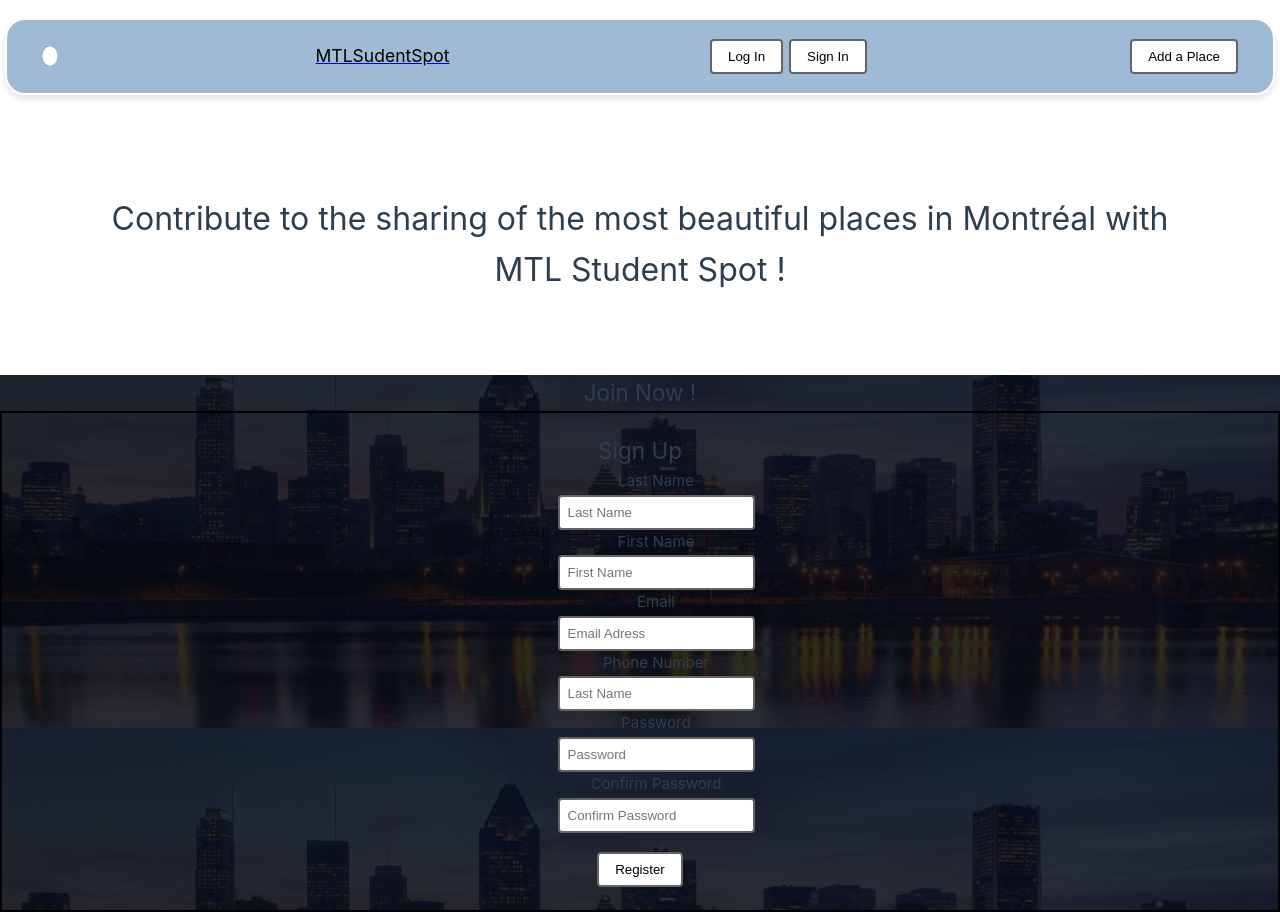
Repository: KevMn6ix/MOD8-2232-GRA-Damois-Leroi--Morant-Munto
Page: /register (app in client/)
The author's editor kept a copy of each file at every save. The page is drawn from the files as they stood at one save, then again after the next save.
The browser window is 1280 px wide. The pictures show the whole page.
The project was rebuilt for these pictures with package versions that can differ from the ones it lists, and the page was loaded fresh each time. Also part of the build but not shown: client/vite.config.js, client/src/components/HelloWorld.vue, client/src/components/Login.vue, client/src/views/LoginPage.vue, client/src/components/RowLandingPage.vue, client/src/components/PlaceItem.vue, client/server/services/places-service.js, client/src/components/PlaceList.vue and 1 more.

Above is the page before, as saved 2023-10-18 16:09:41.

### client/index.html
<!DOCTYPE html>
<html lang="en">
  <head>
    <meta charset="UTF-8">
    <link rel="icon" href="/favicon.ico">
    <link href="https://cdnjs.cloudflare.com/ajax/libs/font-awesome/5.15.3/css/all.min.css" rel="stylesheet">

    <meta name="viewport" content="width=device-width, initial-scale=1.0">
    <title>Vite App</title>
  </head>
  <body>
    <div id="app"></div>
    <script type="module" src="/src/main.js"></script>
  </body>
</html>

### client/src/assets/main.css
@import './base.css';
/*
#app {
  max-width: 1280px;
  margin: 0 auto;
  padding: 2rem;

  font-weight: normal;
}

a,
.green {
  text-decoration: none;
  color: hsla(160, 100%, 37%, 1);
  transition: 0.4s;
}

@media (hover: hover) {
  a:hover {
    background-color: hsla(160, 100%, 37%, 0.2);
  }
}

@media (min-width: 1024px) {
  body {
    display: flex;
    place-items: center;
  }

  #app {
    display: grid;
    grid-template-columns: 1fr 1fr;
    padding: 0 2rem;
  }
}
*/
@media (prefers-color-scheme: dark) {
  button {
    color:black;
  }
  input {
    color: white;
    background-color: black;
  }
}

### client/src/App.vue
<script setup>
import { RouterLink, RouterView } from 'vue-router'
import HelloWorld from './components/HelloWorld.vue'
</script>

<template >
  <RouterView />

</template>

<style scoped>
template {
  display: flex;
  flex-direction: column;
}

header {
  line-height: 1.5;
  max-height: 100vh;
}

.logo {
  display: block;
  margin: 0 auto 2rem;
}

nav {
  width: 100%;
  font-size: 12px;
  text-align: center;
  margin-top: 2rem;
}

nav a.router-link-exact-active {
  color: var(--color-text);
}

nav a.router-link-exact-active:hover {
  background-color: transparent;
}

nav a {
  display: inline-block;
  padding: 0 1rem;
  border-left: 1px solid var(--color-border);
}

nav a:first-of-type {
  border: 0;
}

@media (min-width: 1024px) {
  header {
    display: flex;
    place-items: center;
    padding-right: calc(var(--section-gap) / 2);
  }

  .logo {
    margin: 0 2rem 0 0;
  }

  header .wrapper {
    display: flex;
    place-items: flex-start;
    flex-wrap: wrap;
  }

  nav {
    text-align: left;
    margin-left: -1rem;
    font-size: 1rem;

    padding: 1rem 0;
    margin-top: 1rem;
  }
}
</style>

### client/src/router/index.js
import { createRouter, createWebHistory } from 'vue-router'
import HomeView from '../views/HomeView.vue'

const router = createRouter({
  history: createWebHistory(import.meta.env.BASE_URL),
  routes: [
    {
      path: '/',
      name: 'home',
      component: HomeView
    },
    {
      path: '/about',
      name: 'about',
      // route level code-splitting
      // this generates a separate chunk (About.[hash].js) for this route
      // which is lazy-loaded when the route is visited.
      component: () => import('../views/AboutView.vue')
    },
    {
      path: '/login',
      name: 'login',

      component: () => import('../views/LoginPage.vue')
    },
    {
      path: '/register',
      name:'register',

      component: () => import('../views/RegisterPage.vue')
    },
    {
      path: '/places/:types',
      name: 'PlacesList',

      component: () => import('../views/PlaceListView.vue')
    },
    {
      path: '/places/review/:id',
      name : 'review',

      component: () => import('../views/PlaceReview.vue')
    },
    {

      path: '/places/:types/:id',
      name: 'PlacePage',

      component: () => import('../views/PlacesPage.vue')

    },
    {
      path: '/places/add',
      name: 'AddPlace',

      component: () => import('../views/AddPageView.vue')
    }
  ]
})

export default router

### client/src/views/RegisterPage.vue
<script setup>
import Register from '../components/Register.vue'
</script>

<template>
    <Register />
</template>

<style>
</style>

### client/src/components/NavBar.vue
<script setup>
import { ref } from 'vue'
import LoginPage from '../views/LoginPage.vue'
import TheSubHeader from './TheSubHeader.vue';
const emit = defineEmits(['user-input'])
const UserInput = ref('')
function sendUserInput() {
    console.log(UserInput.value)
    emit('user-input', UserInput.value)
}
</script>
/** This component is hte bar at the top of the screen */
<template>
    <nav id="head-bar">
        <img src="../assets/logoMTL.png">
        <h3>
            MTLSudentSpot
        </h3>
        <input type="text" v-model="UserInput" @input="sendUserInput">
        <div>
        <router-link to='/login'>
        <button>
            Log In
        </button>
        </router-link>
        <router-link to="/register">
        <button>
            Sign In
        </button>
        </router-link>
    </div>
    <div id="sub-header">
    <TheSubHeader/></div>
    </nav>

</template>
<style>

:root{

    --color-navbar: #9fbad4;
    --text-navbar-color-default: #000;
    --color-input: #fff;
    --button-border: #646464;
    --color-button: #fff;
    --button-hover: #7faedc;
}

@media (prefers-color-scheme: dark){

    :root{

        --text-navbar-color-default: #FFF;
        --color-navbar: #211f1f;
        --color-input: #312e2e;
        --button-border: #646464;
        --color-button: #312e2e;
        --button-hover: #646464;

    }

}

nav {
    display: flex;
    justify-content: space-between;
    align-items: center;
    background-color: var(--color-navbar);
    padding: 1rem 2rem;
    box-shadow: 0 4px 6px rgba(0, 0, 0, 0.1);
    border-bottom: 2px solid rgba(0, 0, 0, 0.1);
    border-radius: 20px;
    border: 2px solid var(--button-border);
    margin: 5px;
    flex-grow: 3;
    gap: 20px;
}

h3{

    color: var(--text-navbar-color-default);

}

button {
    background-color: var(--color-button);
    color: var(--text-navbar-color-default);
    border: none;
    padding: 0.5rem 1rem;
    border-radius: 0.25rem;
    cursor: pointer;
    transition: background-color 0.3s ease;
    margin: 3px;
    border: 2px solid var(--button-border);
}

button:hover {
    background-color: var(--button-hover);
}

button:visited {
    color: white; /* Set the text color to yellow when the button is active (clicked) */
}

img {
    height: 20px;
    width: 16px;
}

input {
    flex-grow: 3;
    padding: 0.5rem;
    border: none;
    border-radius: 0.25rem;
    background-color: var(--color-input);
    color: var(--text-navbar-color-default);
    border: 2px solid var(--button-border);
    margin: 0 1rem;
}

#sub-header {
    text-align: center;
}
</style>

### client/src/components/BarOutsideHome.vue
<script setup>
import { ref } from 'vue'
import LoginPage from '../views/LoginPage.vue'
import { RouterLink } from 'vue-router';
import TheSubHeader from './TheSubHeader.vue';
const emit = defineEmits(['user-input'])
const UserInput = ref('')
function sendUserInput() {
    console.log(UserInput.value)
    emit('user-input', UserInput.value)
}
</script>
/** This component is the bar at the top of the screen */
<template>
    <nav id="head-bar">
        <img src="../assets/logoMTL.png">
        <RouterLink to="/">
        <h3>
            MTLSudentSpot
        </h3>
        </RouterLink>

        <div>
        <router-link to='/login'>
        <button>
            Log In
        </button>
        </router-link>
        <router-link to="/register">
        <button>
           Sign In
        </button>
    </router-link>
    </div>
    <div id="sub-header">
<TheSubHeader/></div>
</nav>

</template>
<style scoped>

:root{

--color-navbar: #9fbad4;
--text-navbar-color-default: #000;
--color-input: #9fbad4;
--button-border: #646464;
--color-button: #fff;
--button-hover: #7faedc;
}

@media (prefers-color-scheme: dark){

:root{

    --text-navbar-color-default: #FFF;
    --color-navbar: #211f1f;
    --color-input: #312e2e;
    --button-border: #646464;
    --color-button: #312e2e;
    --button-hover: #646464;

}

}

#head-bar {
    display: flex;
    justify-content: space-between;
    align-items: center;
    padding: 1rem 2rem;
    background-color: var(--color-navbar);
    box-shadow: 0 4px 6px rgba(0, 0, 0, 0.1);
    border: 2px solid white;
}

h3{

color: var(--text-navbar-color-default);

}

button {
    background-color: var(--color-button);
    color: var(--text-navbar-color-default);
    border: none;
    padding: 0.5rem 1rem;
    border-radius: 0.25rem;
    cursor: pointer;
    transition: background-color 0.3s ease;
    border: 2px solid var(--button-border);
}

button:hover {
    background-color: var(--button-hover);
}

button:visited {
    color: white; /* Set the text color to yellow when the button is active (clicked) */
}

img {
    height: 20px;
    width: 16px;
    margin-left: 3px;
}

input {
    flex-grow: 3;
    padding: 0.5rem;
    border: none;
    border-radius: 0.25rem;
    background-color: var(--color-background-default);
    color: var(--text-color-default);
    margin: 0 1rem;
}

#sub-header {
    text-align: center;
}
</style>

### client/src/components/Register.vue
<script>
import { RouterLink } from 'vue-router';
import BarOutsideHome from './BarOutsideHome.vue';
import AuthentificationService from '@/services/AuthentificationService';

export default{
    name: 'RegisterForm',
    data() {
        return {
            last_name: '',
            first_name: '',
            email: '',
            phone_number: '',
            password: '',
            passwordConfirm: ''
        };
    },
    methods: {
        async register () {
            const response = await AuthentificationService.register({
                last_name: this.lastName,
                first_name: this.firstName,
                email: this.email,
                phone_number: this.phoneNumber,
                password: this.password,
                passwordConfirm: this.passwordConfirm
            })
            console.log(response);
        } ,

        handleSubmit() {
            const userData = {
                lastName: this.lastName,
                firstName: this.firstName,
                email: this.email,
                phoneNumber: this.phoneNumber,
                password: this.password,
                passwordConfirm: this.passwordConfirm
            };
            console.log(userData);
            console.log("Registered");
        }
    },
    components: { RouterLink, BarOutsideHome }
}

</script>

<template>
    <header>
       <BarOutsideHome/>
    </header>
    <main>
        <div class="page-bg">
        <h1>Contribute to the sharing of the most beautiful places in Montréal with MTL Student Spot !</h1>
        <h2>Join Now !</h2>

        <form @submit.prevent="register" >
            <h2>Sign Up</h2>
            <div class="input-pair">
                <label for="">Last Name</label>
                <input type="text" placeholder="Last Name" v-model="lastName" />
            </div>
            <div class="input-pair">
                <label for="">First Name</label>
                <input type="text" placeholder="First Name" v-model="firstName"/>
            </div>
            <div class="input-pair">
                <label for="">Email</label>
                <input type="email" placeholder="Email Adress" v-model="email"/>
            </div>

            <div class="input-pair">
                <label for="">Phone Number</label>
                <input type="tel" placeholder="Last Name" v-model="phoneNumber"/>
            </div>
            <div class="input-pair">
                <label for="">Password</label>
                <input type="password" placeholder="Password" v-model="password">
            </div>
            <div class="input-pair">
                <label for="">Confirm Password</label>
                <input type="password" placeholder="Confirm Password" v-model="passwordConfirm">
            </div>
            <button class="submit" >Register</button>
        </form>
        </div>
    </main>
</template>

<style scoped>



header {
    padding-top: 1%;
    padding-bottom: 1%;
  @media (prefers-color-scheme: dark) {
    header {
  background-color: #a2c4ec9d;
}
  }
}


main{

    background-image: url('../assets/montrealbynight.jpg');
    background-size: 1520px;
    background-repeat: repeat;
    background-position: 30%;
    position: relative;
    z-index: 1;
}

main::before{

    content: '';
    display: block;
    position: absolute;
    top: 0;
    right: 0;
    bottom: 0;
    left: 0;
    background-color: rgba(2, 7, 16, 0.84);
    z-index: -1;

}

h1{
    padding: 5rem;
    font-size: 2rem;
    text-align: center;
    background-color: white;
    @media (prefers-color-scheme: dark) {
        background-color: black;
    }
}

h2{
    display: flex;
    justify-content: center;
}

form{

    border: 2px solid black;
    padding : 20px;
    display: flex;
    flex-direction: column;
    justify-content: center;
    /*width: 500px;

    height: 500px;
    display: flex;
    flex-direction: column;
    gap: 1rem;*/
}

.input-pair{
    display: flex;
    flex-direction: column;
    align-items: center;
    padding-left: 2rem;
    gap: 0.1rem;
}

.submit{
    margin-top: 1.2rem;
    margin-left: auto;
    margin-right: auto;
    display: block;
}

</style>

### client/src/components/TheSubHeader.vue
<script setup>
import { RouterLink } from 'vue-router';
</script>
<template>
  <RouterLink to="/places/add">
    <button>
       Add a Place
    </button>
  </RouterLink>
</template>
<style scoped>
:root {
  --light-color-background-restaurant: #A5BDD9;
    --light-color-background-travel: #a2c4ec;
    --light-color-background-activity: #9EB3CB;
    --dark-color-background-restaurant: #a2c4ec9d;
    --dark-color-background-travel: #a5bdd971;
    --dark-color-background-activity: #9eb3cb0e;
    --color-background-restaurant: var(--light-color-background-restaurant);
    --color-background-travel: var(--light-color-background-travel);
    --color-background-activity: var(--light-color-background-activity);
    @media (prefers-color-scheme: dark) {
      --color-background-restaurant: var(--dark-color-background-restaurant);
        --color-background-travel: var(--dark-color-background-travel);
        --color-background-activity: var(--dark-color-background-activity);
    }
}
p {
    min-width: 333px;
    text-align: center;
    size: 50%;
    padding: 0;
    margin: 0;
}
</style>

### client/src/services/AuthentificationService.js
import Api from "./Api"

export default {
    register (creditentials) {
        return Api().post('register', creditentials)
    },

    login(creditentials) {
        return Api().post('login', creditentials)
    }
}

// AuthentificationService.register({
//   email: 'testing@gmail.com',
//   password: '123456'
//  })

Loaded but not shown: client/src/main.js (common file); client/src/assets/base.css (common file); client/src/services/Api.js (common file)

After the next save:
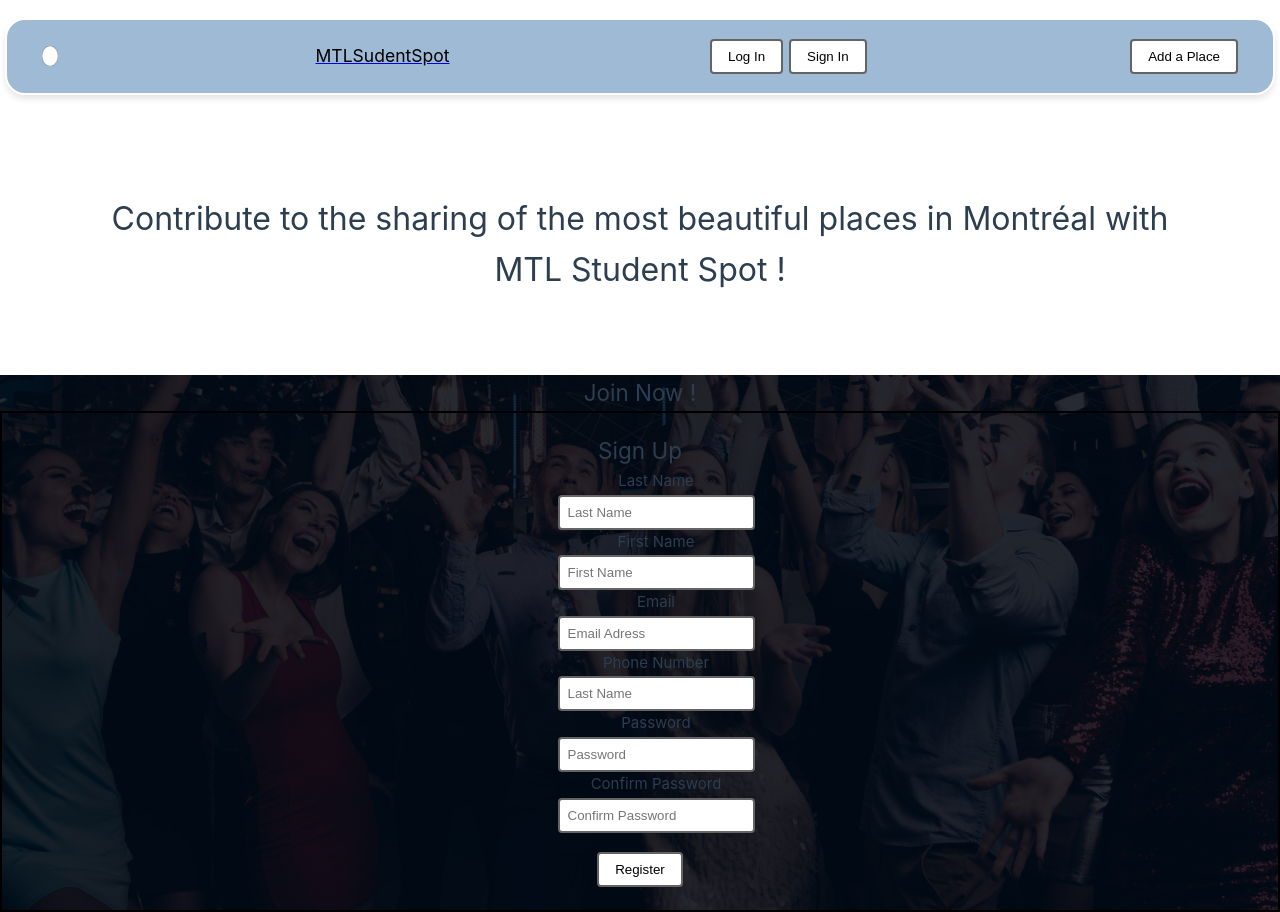
Saved 14 s later.
--- a/client/src/components/Register.vue
+++ b/client/src/components/Register.vue
@@ -105,7 +105,7 @@ header {
 
 main{
 
-    background-image: url('../assets/montrealbynight.jpg');
+    background-image: url('../assets/party.jpg');
     background-size: 1520px;
     background-repeat: repeat;
     background-position: 30%;
